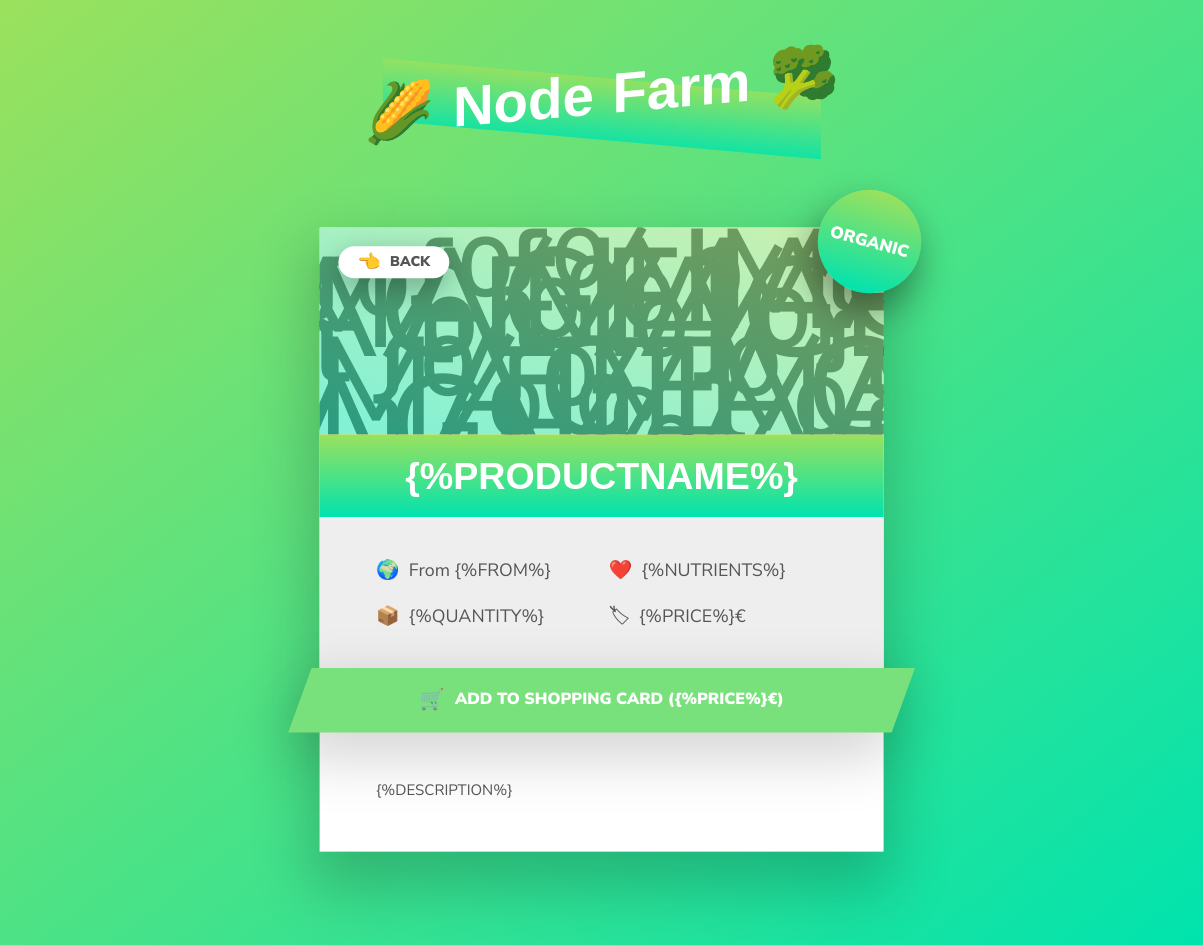
Repository: smit1298/MongoExpressNode
Page: templates/template-product.html
These files come from the project's save history. The page is drawn as it stood at one moment and after the next save; the edit follows.
The browser window is 1280 px wide. The pictures show the whole page, at 94% of full size.
Some web fonts or font styles are not loaded; a fallback is used.

Above is the page before, as saved 2022-04-10 06:11:05.

### templates/template-product.html
<!DOCTYPE html>
<html lang="en">
  <head>
    <meta charset="UTF-8" />
    <meta name="viewport" content="width=device-width, initial-scale=1.0" />
    <meta http-equiv="X-UA-Compatible" content="ie=edge" />
    <link
      href="https://fonts.googleapis.com/css?family=Megrim|Nunito+Sans:400,900"
      rel="stylesheet"
    />
    <link
      rel="icon"
      href="https://emojipedia-us.s3.dualstack.us-west-1.amazonaws.com/thumbs/240/apple/155/ear-of-maize_1f33d.png"
    />

    <title> {%PRODUCTNAME%} {%IMAGE%} /// NODE FARM</title>

    <style>
      *,
      *::before,
      *::after {
        margin: 0;
        padding: 0;
        box-sizing: inherit;
      }

      html {
        font-size: 62.5%;
        box-sizing: border-box;
      }

      body {
        padding: 5rem 5rem 10rem;
        line-height: 1.7;
        font-family: "Nunito Sans", sans-serif;
        color: #555;
        min-height: 100vh;
        background: linear-gradient(to bottom right, #9be15d, #00e3ae);
      }

      h1 {
        font-family: "Megrim", sans-serif;
        font-size: 6rem;
        color: white;
        transform: skewY(-5deg);
        text-align: center;
        position: relative;
        word-spacing: 3px;
      }

      h1::before {
        content: "";
        display: block;
        height: 65%;
        width: 49%;
        position: absolute;
        top: 105%;
        left: 50%;
        background: linear-gradient(to bottom, #9be15d, #00e3ae);
        opacity: 0.8;
        z-index: -1;
        transform: skewY(370deg) translate(-50%, -50%);
      }

      .container {
        width: 95rem;
        margin: 0 auto;
      }

      .product {
        width: 60rem;
        margin: 0 auto;
        margin-top: 9rem;
        background: white;
        box-shadow: 0 3rem 6rem 1rem rgba(0, 0, 0, 0.2);
        position: relative;
      }

      .product__hero {
        position: relative;
        height: 22rem;
        overflow: hidden;
      }

      .product__hero::before {
        content: "";
        display: block;
        height: 100%;
        width: 100%;
        position: absolute;
        top: 0;
        left: 0;
        background-image: linear-gradient(to left bottom, #9be15d, #00e3ae);
        opacity: 0.5;
        z-index: 100;
      }

      .product__emoji {
        font-size: 15rem;
        position: absolute;
      }

      .product__emoji--1 {
        top: -4rem;
        left: -2rem;
        z-index: 10;
      }

      .product__emoji--2 {
        top: -6rem;
        left: 9rem;
      }

      .product__emoji--3 {
        top: -4rem;
        right: 15rem;
      }

      .product__emoji--4 {
        top: -5rem;
        right: 2rem;
        z-index: 10;
      }

      .product__emoji--5 {
        bottom: -9rem;
        left: 18rem;
      }

      .product__emoji--6 {
        bottom: -8rem;
        left: 5rem;
      }

      .product__emoji--7 {
        bottom: -12rem;
        right: 14rem;
      }

      .product__emoji--8 {
        bottom: -8rem;
        right: -2rem;
      }

      .product__emoji--9 {
        top: -7rem;
        left: 19rem;
      }

      .product__organic {
        position: absolute;
        top: -4rem;
        right: -4rem;
        z-index: 1000;
        height: 11rem;
        width: 11rem;
        background-image: linear-gradient(to bottom, #9be15d, #00e3ae);
        border-radius: 50%;
        transform: rotate(15deg);
        box-shadow: 0 2rem 4rem rgba(0, 0, 0, 0.4);
        display: flex;
        align-items: center;
        justify-content: center;
      }

      .product__organic h5 {
        font-weight: 900;
        text-transform: uppercase;
        font-size: 1.8rem;
        color: white;
      }

      .product__back:link,
      .product__back:visited {
        position: absolute;
        top: 2rem;
        left: 2rem;
        font-size: 1.5rem;
        font-weight: 700;
        text-transform: uppercase;
        text-decoration: none;
        z-index: 1000;
        color: #555;
        background-color: white;
        box-shadow: 0 1rem 3rem rgba(0, 0, 0, 0.3);
        border-radius: 100rem;
        padding: 0 2rem;
        transition: all 0.3s;
        display: flex;
        align-items: center;
      }

      .product__back:hover,
      .product__back:active {
        background-color: #79e17b;
      }

      .product__name {
        background: linear-gradient(to bottom, #9be15d, #00e3ae);
        padding: 1rem;
        font-family: "Megrim", sans-serif;
        font-size: 4rem;
        color: white;
        text-align: center;
        word-spacing: 2px;
      }

      .product__details {
        background-color: #eee;
        padding: 4rem 6rem;
        font-size: 1.9rem;
        display: grid;
        grid-template-columns: 1fr 1fr;
        grid-gap: 1.5rem;
      }

      .product__description {
        padding: 5rem 6rem;
        font-size: 1.6rem;
        line-height: 1.8;
      }

      .product__link:link,
      .product__link:visited {
        display: block;
        background-color: #79e17b;
        color: white;
        font-size: 1.6rem;
        font-weight: 700;
        text-transform: uppercase;
        text-decoration: none;
        padding: 1.5rem;
        text-align: center;
        transform: scale(1.07) skewX(-20deg);
        box-shadow: 0 2rem 6rem rgba(0, 0, 0, 0.2);
        display: flex;
        align-items: center;
        justify-content: center;
        transition: all 0.3s;
      }

      .product__link:hover,
      .product__link:active {
        background-color: #9be15d;
        transform: scale(1.1) skewX(-20deg);
      }

      .product__link span {
        transform: skewX(20deg);
      }

      .emoji-left {
        font-size: 2rem;
        margin-right: 1rem;
      }

      .emoji-right {
        font-size: 2rem;
        margin-left: 1rem;
      }

      .not-organic {
        display: none;
      }
    </style>
  </head>

  <body>
    <div class="container">
      <h1>🌽 Node Farm 🥦</h1>

      <figure class="product">
        <div class="product__organic {%NOT_ORGANIC%}"><h5>Organic</h5></div>
        <a href="/overview" class="product__back">
          <span class="emoji-left">👈</span>Back
        </a>
        <div class="product__hero">
          <span class="product__emoji product__emoji--1">{%IMAGE%}</span>
          <span class="product__emoji product__emoji--2">{%IMAGE%}</span>
          <span class="product__emoji product__emoji--3">{%IMAGE%}</span>
          <span class="product__emoji product__emoji--4">{%IMAGE%}</span>
          <span class="product__emoji product__emoji--5">{%IMAGE%}</span>
          <span class="product__emoji product__emoji--6">{%IMAGE%}</span>
          <span class="product__emoji product__emoji--7">{%IMAGE%}</span>
          <span class="product__emoji product__emoji--8">{%IMAGE%}</span>
          <span class="product__emoji product__emoji--9">{%IMAGE%}</span>
        </div>
        <h2 class="product__name">{%PRODUCTNAME%}</h2>
        <div class="product__details">
          <p><span class="emoji-left">🌍</span>From {%FROM%}</p>
          <p><span class="emoji-left">❤️</span>{%NUTRIENTS%}</p>
          <p><span class="emoji-left">📦</span>{%QUANTITY%}</p>
          <p><span class="emoji-left">🏷</span>{%PRICE%}€</p>
        </div>

        <a href="#" class="product__link">
          <span class="emoji-left">🛒</span>
          <span>Add to shopping card ({%PRICE%}€)</span>
        </a>

        <p class="product__description">{%DESCRIPTION%}</p>
      </figure>
    </div>
  </body>
</html>

After the next save:
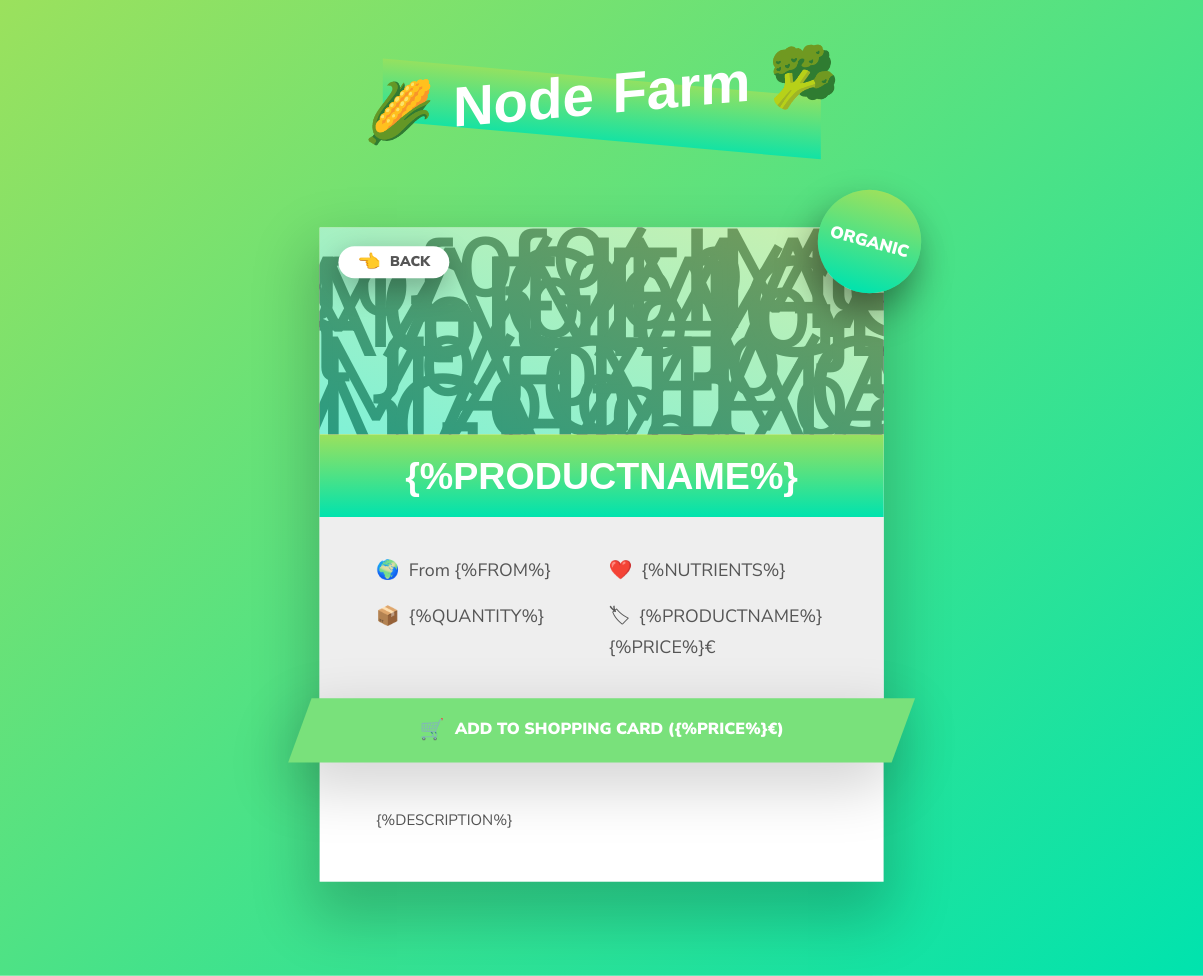
Saved 26 min 46 s later.
--- a/templates/template-product.html
+++ b/templates/template-product.html
@@ -290,7 +290,7 @@
           <p><span class="emoji-left">🌍</span>From {%FROM%}</p>
           <p><span class="emoji-left">❤️</span>{%NUTRIENTS%}</p>
           <p><span class="emoji-left">📦</span>{%QUANTITY%}</p>
-          <p><span class="emoji-left">🏷</span>{%PRICE%}€</p>
+          <p><span class="emoji-left">🏷</span>{%PRODUCTNAME%}{%PRICE%}€</p>
         </div>
 
         <a href="#" class="product__link">

After the save that followed:
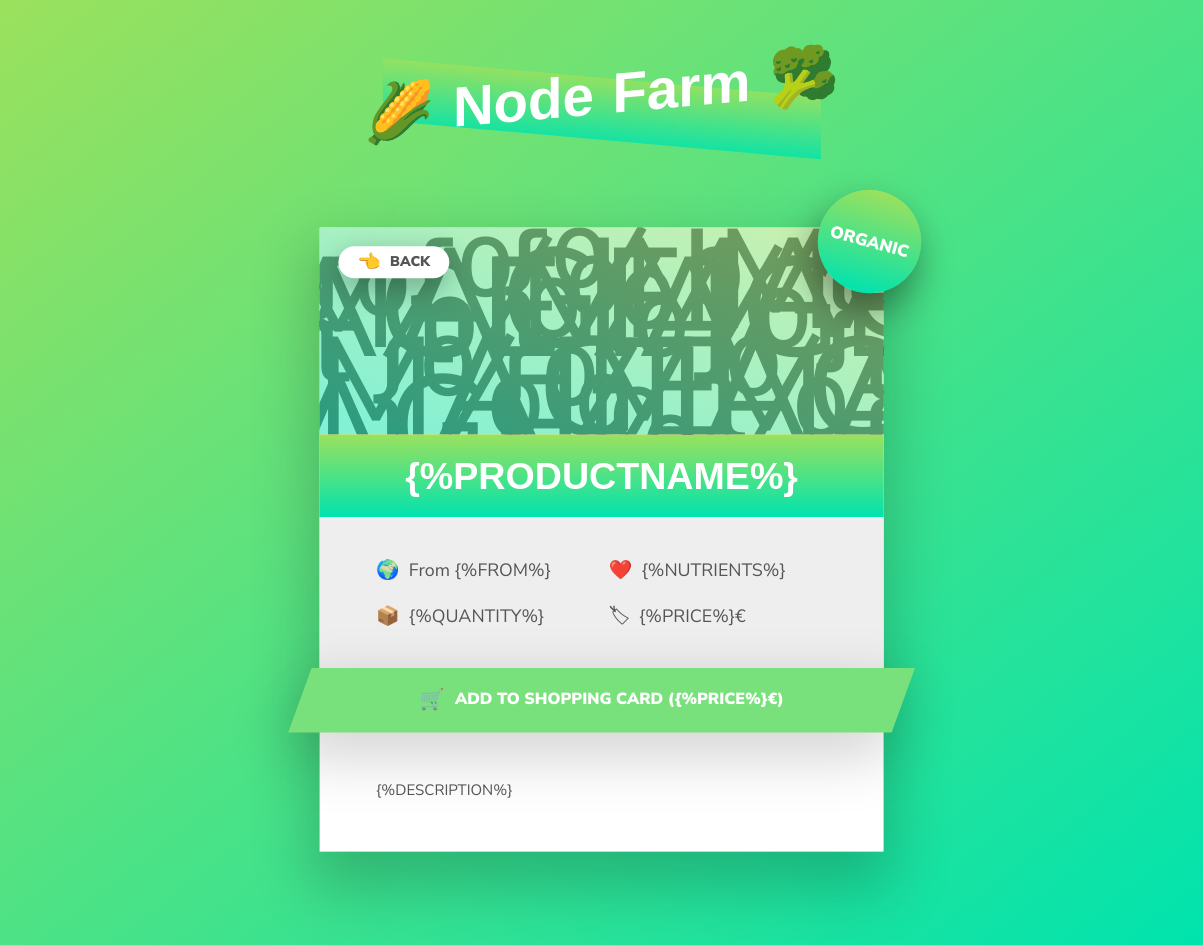
Saved 4 s later.
--- a/templates/template-product.html
+++ b/templates/template-product.html
@@ -290,7 +290,7 @@
           <p><span class="emoji-left">🌍</span>From {%FROM%}</p>
           <p><span class="emoji-left">❤️</span>{%NUTRIENTS%}</p>
           <p><span class="emoji-left">📦</span>{%QUANTITY%}</p>
-          <p><span class="emoji-left">🏷</span>{%PRODUCTNAME%}{%PRICE%}€</p>
+          <p><span class="emoji-left">🏷</span>{%PRICE%}€</p>
         </div>
 
         <a href="#" class="product__link">
